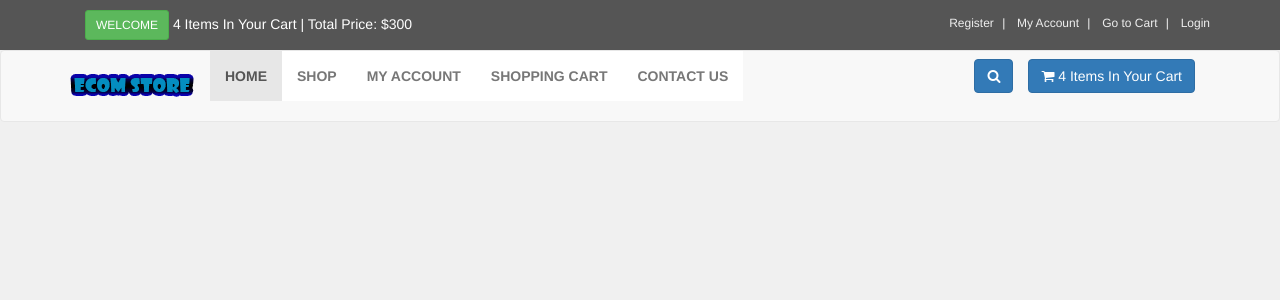
Repository: truonghuynhquy/M_Dev_Store
Page: http://localhost/
The author's editor kept a copy of each file at every save. The page is drawn from the files as they stood at one save, then again after the next save.
The browser window is 1280 px wide. The pictures show the whole page.
The page is run by PHP 8.4 with error messages shown; the project is at /var/www/html/.

Above is the page before, as saved 2022-09-21 19:49:37.

After the next save:
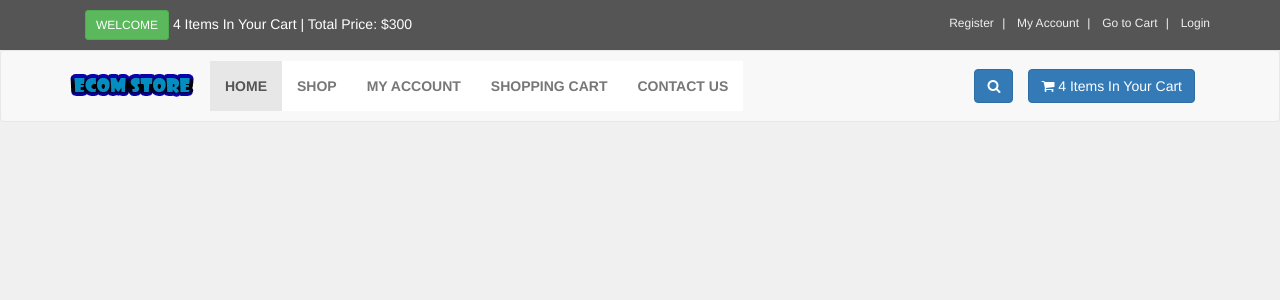
Saved 37 s later.
--- a/styles/style.css
+++ b/styles/style.css
@@ -90,3 +90,7 @@ body {
 .navbar ul.nav > li > a:hover{
     background-color: #e7e7e7;
 }
+
+.padding-nav{
+    padding-top: 10px;
+}
